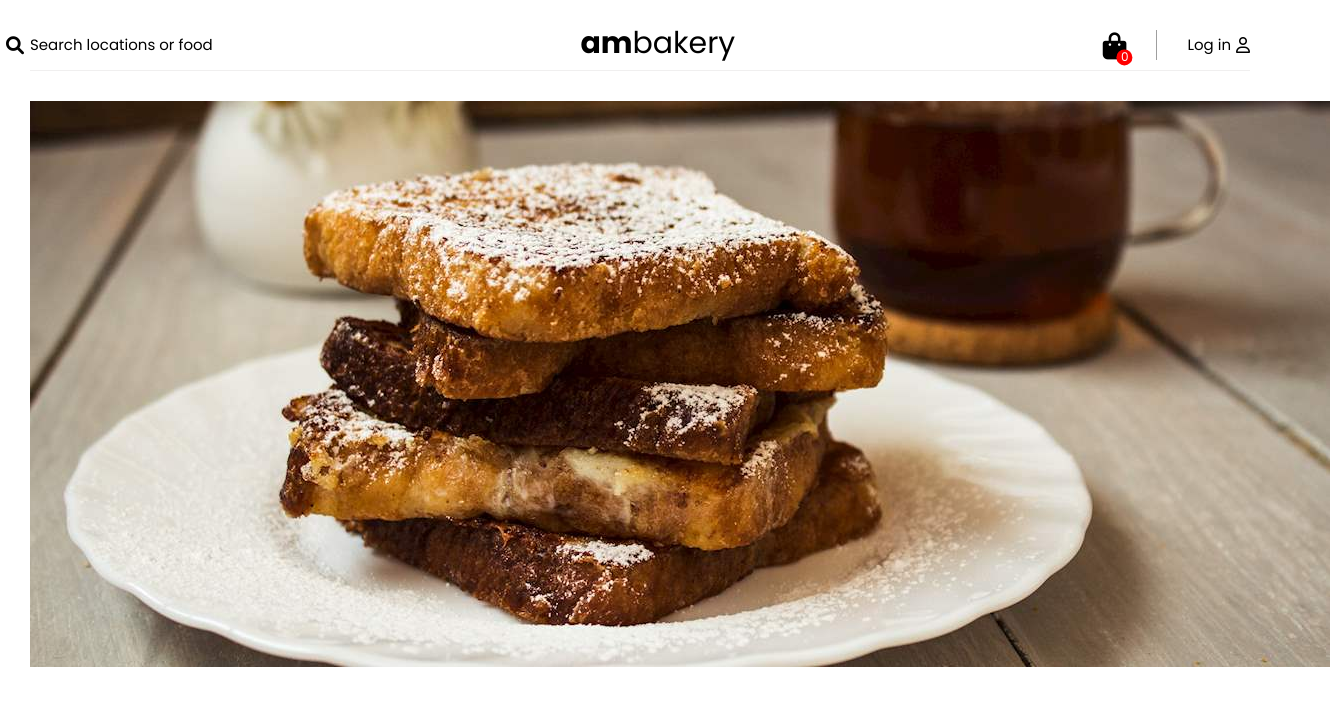
Repository: ntsanq/AmBakery
Page: http://localhost/
These files come from the project's save history. The page is drawn as it stood at one moment and after the next save; the edit follows.
The browser window is 1280 px wide. The page is 1330 px wide, so the pictures cover 1330 px, including what lies to the right of the window. The pictures show the whole page.
The page is run by PHP 8.4 with error messages shown; the project is at /var/www/html/.

Above is the page before, as saved 2021-12-11 16:13:56.

After the next save:
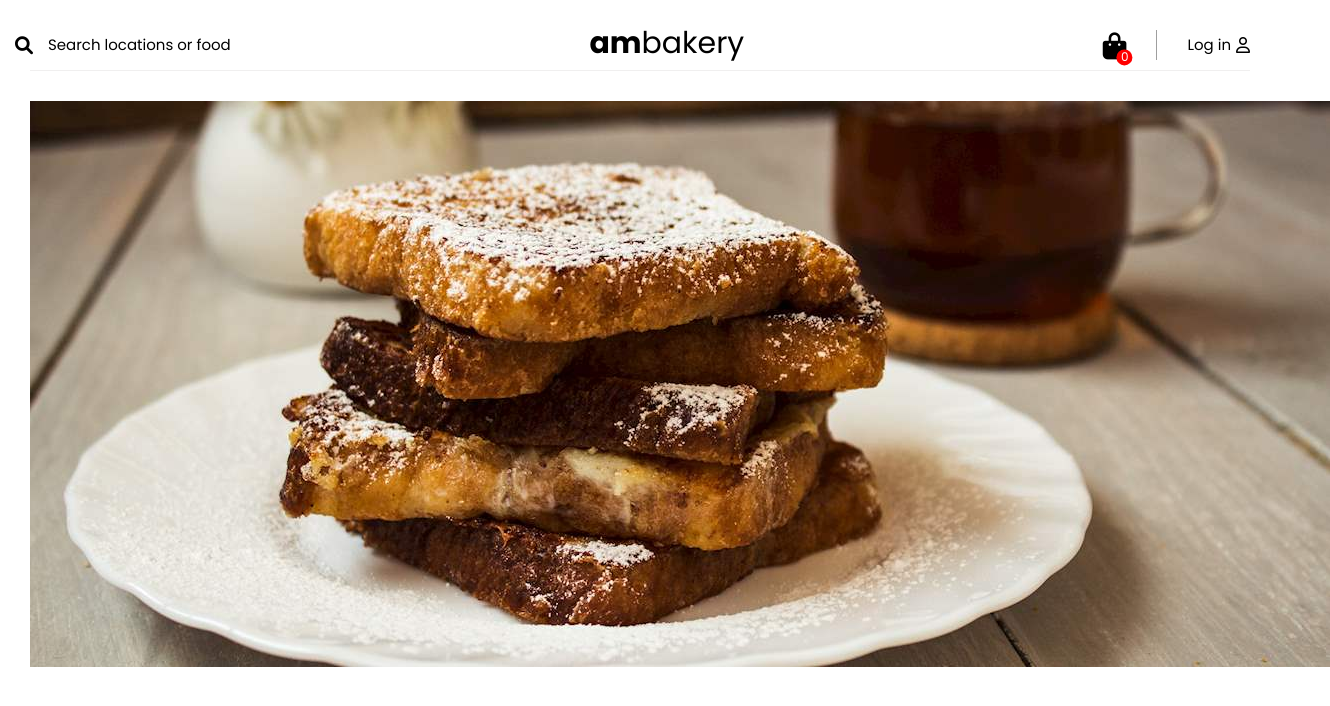
Saved 42 s later.
--- a/khachhang/css/style.css
+++ b/khachhang/css/style.css
@@ -67,7 +67,9 @@
   z-index: 2;
 }
 .header__search__btn{
-
+  width: 1.8rem;
+  height: 1.8rem;
+  border-radius: 100rem;
 }
 .header__logo span{
   font-size: 3rem;
